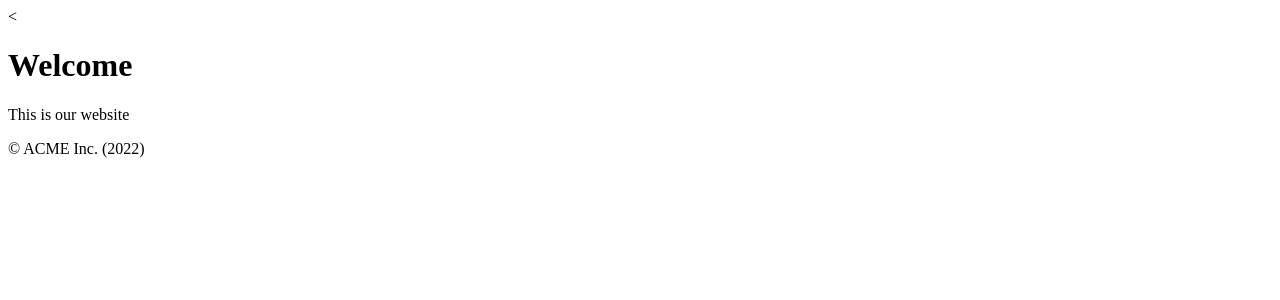
Repository: andajonas/IWA_Challenges
Page: Challenge 2/Challenge d/index.html
An editor plug-in stored every save of this project. The page is shown before and after the next save, followed by the edit.
The browser window is 1280 px wide. The pictures show the whole page.

Above is the page before, as saved 2025-05-15 10:29:15.

### Challenge 2/Challenge d/index.html
<html>
<head>
	<<script src="./script.js" defer type="module"></script>
</head>

<body>
	<h1>Welcome</h1>
	<p>This is our website</p>
</body>

<footer>Loading...</footer>
</html>

### Challenge 2/Challenge d/script.js
import {company, year} from './config.js';

const message = '© ' + company + ' (' + year + ')'
document.querySelector('footer').innerText = message

### Challenge 2/Challenge d/config.js
export const company = 'ACME Inc.';
export const year = 2022;

After the next save:
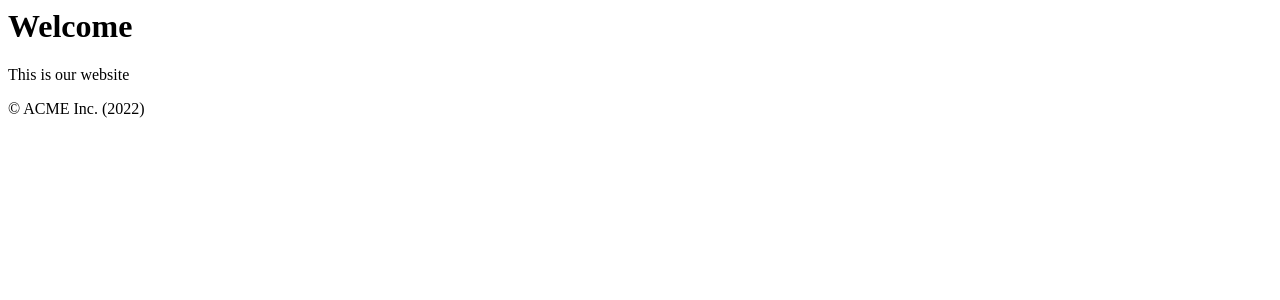
Saved 36 s later.
--- a/Challenge 2/Challenge d/index.html
+++ b/Challenge 2/Challenge d/index.html
@@ -1,6 +1,6 @@
 <html>
 <head>
-	<<script src="./script.js" defer type="module"></script>
+	<script src="./script.js" defer type="module"></script>
 </head>
 
 <body>
